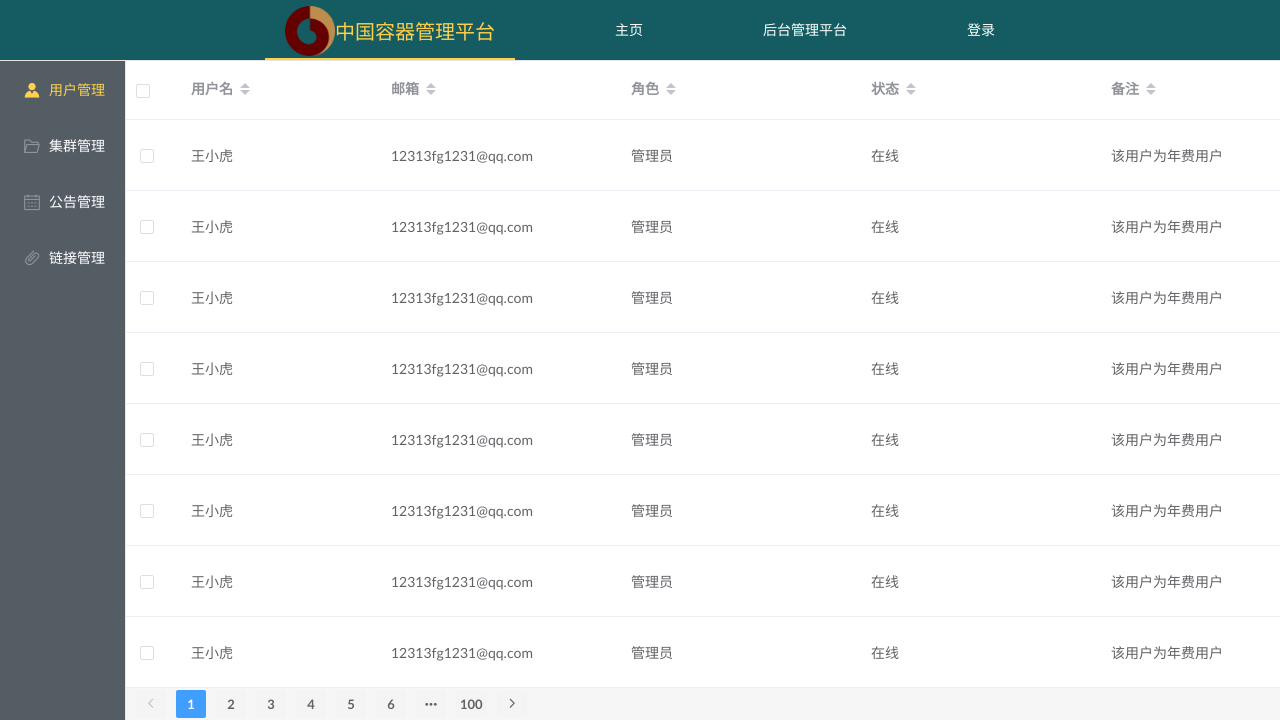
Repository: lei123zhou/zhongjin
Page: /main/management/user
These files come from the project's save history. The page is drawn as it stood at one moment and after the next save; the edit follows.
The browser window is 1280 px wide. The pictures show the whole page.
The project was rebuilt for these pictures with package versions that can differ from the ones it lists, and the page was loaded fresh each time. Also part of the build but not shown: vue.config.js.

Above is the page before, as saved 2022-08-29 22:26:57.

### src/main.js
import Vue from "vue";
import App from "./App.vue";

Vue.config.productionTip = false;
import "./plugins/element";

import "./main.less";
import router from "./route/index.js";
import store from "./store/index.js";
new Vue({
  router,
  store,
  render: (h) => h(App),
}).$mount("#app");

### src/App.vue
<template>
  <div id="app">
    <router-view></router-view>
  </div>
</template>

<script>
export default {
};
</script>

<style>
#app{
  height: 100%;
  overflow: hidden;

}
</style>>

### src/plugins/element.js
import Vue from "vue";
import {
  Button,
  Form,
  Input,
  Icon,
  FormItem,
  Loading,
  Card,
  Menu,
  MenuItem,
  Submenu,
  Table,
  TableColumn,
  Dropdown,
  DropdownMenu,
  DropdownItem,
  Tooltip,
  Popover,
  Pagination,
  Link,
  Dialog,
  Row,
  Col,
} from "element-ui";
import "element-ui/lib/theme-chalk/index.css";
Vue.use(Button);
Vue.use(Form);
Vue.use(Input);
Vue.use(Icon);
Vue.use(FormItem);
Vue.use(Card);
Vue.use(Menu);
Vue.use(MenuItem);
Vue.use(Submenu);
Vue.use(Table);
Vue.use(TableColumn);
Vue.use(Dropdown);
Vue.use(DropdownMenu);
Vue.use(DropdownItem);
Vue.use(Tooltip);
Vue.use(Popover);
Vue.use(Pagination);
Vue.use(Link);
Vue.use(Dialog);
Vue.use(Row);
Vue.use(Col);
Vue.use(Loading);

### src/main.less
@media (min-width:0px){
    html{font-size:12px;}
}
@media (min-width: 320px){
    html{font-size:12px;}
}
@media (min-width: 340px){
    html{font-size:13px;}
}
@media (min-width: 360px){
    html{font-size:14px;}
}
@media (min-width: 380px){
    html{font-size:15px;}
}
@media (min-width: 400px){
    html{font-size:15px;}
}
@media (min-width: 420px){
    html{font-size:16px;}
}
*{
    margin: 0;
    padding: 0;
}
ul,ol,li,dl{
    list-style-type: none;
}
a{
    text-decoration: none;
}
html,body{
    height: 100%;

    overflow: hidden;

}
body{
    font-family: 'Trebuchet MS', 'Lucida Sans Unicode', 'Lucida Grande', 'Lucida Sans', Arial, sans-serif;
    color: #666;
    line-height: 1.5;
}
.bottom-border,
.top-border {
  position: relative;
}

.bottom-border::after,
.top-border::before {
  content: '';
  position: absolute;
  left: 0;
  right: 0;
  height: 1px;
  background-color:#d43c33;
  transform: scaleY(0.5);
}

.top-border::before {
  top: 0;
}

.bottom-border::after {
  bottom: 0;
}

### src/route/index.js
import Vue from "vue";
import VueRouter from "vue-router";
Vue.use(VueRouter);
const originPush = VueRouter.prototype.push;
VueRouter.prototype.push = function push(location) {
  return originPush.call(this, location).catch((err) => err);
};
const routes = [
  { path: "/", redirect: "/login" },
  {
    path: "/login",
    name: "login",
    component: () => import("../pages/login/LoginPage.vue"),
  },
  {
    path: "/main",
    name: "main",
    component: () => import("../pages/main/MainPage.vue"),
    children: [
      { path: "", redirect: "/main/home" },
      {
        path: "home",
        name: "home",
        component: () => import("../pages/home/HomePage.vue"),
      },
      {
        path: "management",
        name: "management",
        component: () => import("../pages/management/ManagementPage.vue"),
        children: [
          { path: "", redirect: "/main/management/user" },
          {
            path: "user",
            name: "user",
            component: () => import("../pages/management/user/UserPage.vue"),
          },
          {
            path: "link",
            name: "link",
            component: () => import("../pages/management/link/LinkPage.vue"),
          },
          {
            path: "colony",
            name: "colony",
            component: () =>
              import("../pages/management/colony/ColonyPage.vue"),
          },
          {
            path: "notice",
            name: "notice",
            component: () =>
              import("../pages/management/notice/NoticePage.vue"),
          },
        ],
      },
    ],
  },
];
const router = new VueRouter({
  routes,
  mode: "history",
});
export default router;

### src/store/index.js
import Vue from 'vue';
import Vuex from 'vuex';
Vue.use(Vuex);
export default new Vuex.Store({
    state:{},
    getters:{},
    mutations:{}
})

### src/pages/main/MainPage.vue
<template>
  <div class="main">
    <div class="heard">
      <el-menu
        :default-active="activeIndex2"
        class="el-menu-demo"
        mode="horizontal"
        @select="handleSelect"
        background-color="#145c61"
        text-color="#fff"
        active-text-color="#ffd04b"
      >
        <el-menu-item index="1">
          <template slot="title">
            <img src="../../assets/u2.png" alt="" id="logo" />
            <span class="login-title">中国容器管理平台</span>
          </template></el-menu-item
        >
        <el-menu-item index="2">主页</el-menu-item>
        <el-menu-item index="3" @click="toManagement"
          >后台管理平台</el-menu-item
        >
        <el-menu-item index="null">登录</el-menu-item>
      </el-menu>
    </div>
    <router-view></router-view>
  </div>
</template>

<script>
export default {
  data() {
    return {
      activeIndex: "1",
      activeIndex2: "1",
    };
  },
  methods: {
    handleSelect(key, keyPath) {
      console.log(key, keyPath);
    },
    toManagement() {
      this.$router.push("/main/management");
    },
  },
};
</script>
<style lang="less" scoped>
.main {
  display: flex;
  flex-direction: column;
  justify-content: start;
  background-color: #f6f6f6;
  height: 100%;
  .heard {
    width: 100%;
    background-color: "#145c61";
  }
}
.login-title {
  font-size: 20px;
  line-height: 61px;
}
.clearfix {
  display: flex;
  align-content: center;
  justify-content: space-around;
}
#logo {
  width: 50px;
}
/deep/.el-menu.el-menu--horizontal {
  display: flex;
  justify-content: center;
  li {
    margin: 0 40px;
    padding: 0 20px;
  }
}
</style>

### src/pages/management/ManagementPage.vue
<template>
  <div class="manangement">
    <el-menu
      default-active="user"
      class="el-menu-vertical-demo"
      @open="handleOpen"
      @close="handleClose"
      background-color="#545c64"
      text-color="#fff"
      active-text-color="#ffd04b"
      router
    >
      <el-menu-item index="user">
        <i class="el-icon-s-custom"></i>
        <span slot="title">用户管理</span>
      </el-menu-item>
      <el-menu-item index="colony">
        <i class="el-icon-folder-opened"></i>
        <span slot="title">集群管理</span>
      </el-menu-item>
      <el-menu-item index="notice">
        <i class="el-icon-date"></i>
        <span slot="title">公告管理</span>
      </el-menu-item>
      <el-menu-item index="link">
        <i class="el-icon-paperclip"></i>
        <span slot="title">链接管理</span>
      </el-menu-item>
    </el-menu>
    <router-view></router-view>
  </div>
</template>

<script>
export default {
  methods: {
    handleOpen(key, keyPath) {
      console.log(key, keyPath);
    },
    handleClose(key, keyPath) {
      console.log(key, keyPath);
    },
  },
};
</script>

<style lang="less" scoped>
.manangement {
  display: flex;
  width: 100%;
  height: 100%;
  .el-menu{
    width: 200px;
  }
}

</style>

### src/pages/management/user/UserPage.vue
<template>
  <div class="user">
    <el-table
      ref="multipleTable"
      :data="tableData"
      tooltip-effect="dark"
      style="width: 100%"
      @selection-change="handleSelectionChange"
    >
      <el-table-column type="selection" width="55"> </el-table-column>
      <el-table-column prop="username" label="用户名" sortable width="200">
      </el-table-column>
      <el-table-column prop="email" label="邮箱" sortable width="240">
      </el-table-column>
      <el-table-column prop="role" label="角色" sortable width="240">
      </el-table-column>
      <el-table-column prop="state" label="状态" sortable width="240">
      </el-table-column>
      <el-table-column prop="comment" label="备注" sortable width="240">
      </el-table-column>
      <el-table-column prop="ldapid" label="ldapid" :formatter="formatter">
      </el-table-column>
      <el-table-column label="操作">
        <el-popover placement="right" width="40" trigger="hover">
          <template slot-scope="scope">
            <el-button size="mini" @click="handleEdit(scope.$index, scope.row)"
              >编辑</el-button
            >
            <el-button
              size="mini"
              type="danger"
              @click="handleDelete(scope.$index, scope.row)"
              >删除</el-button
            >
          </template>
          <i slot="reference" class="el-icon-more"></i>
        </el-popover>
      </el-table-column>
    </el-table>
    <el-pagination background layout="prev, pager, next" :total="1000">
    </el-pagination>
    <div style="margin-top: 20px" v-if="allDel">
      <el-button @click="toggleSelection([tableData[1], tableData[2]])"
        >全部删除</el-button
      >
      <el-button @click="toggleSelection()">取消选择</el-button>
    </div>
  </div>
</template>

<script>
export default {
  data() {
    return {
      allDel: false,
      tableData: [
        {
          username: "王小虎",
          role: "管理员",
          email: "12313fg1231@qq.com",
          state: "在线",
          comment: "该用户为年费用户",
          ldapid: "J2313#2dS",
          address: "上海市普陀区金沙江路 1518 弄",
        },
        {
          username: "王小虎",
          role: "管理员",
          email: "12313fg1231@qq.com",
          state: "在线",
          comment: "该用户为年费用户",
          ldapid: "J2313#2dS",
          address: "上海市普陀区金沙江路 1518 弄",
        },
        {
          username: "王小虎",
          role: "管理员",
          email: "12313fg1231@qq.com",
          state: "在线",
          comment: "该用户为年费用户",
          ldapid: "J2313#2dS",
          address: "上海市普陀区金沙江路 1518 弄",
        },
        {
          username: "王小虎",
          role: "管理员",
          email: "12313fg1231@qq.com",
          state: "在线",
          comment: "该用户为年费用户",
          ldapid: "J2313#2dS",
          address: "上海市普陀区金沙江路 1518 弄",
        },
        {
          username: "王小虎",
          role: "管理员",
          email: "12313fg1231@qq.com",
          state: "在线",
          comment: "该用户为年费用户",
          ldapid: "J2313#2dS",
          address: "上海市普陀区金沙江路 1518 弄",
        },
        {
          username: "王小虎",
          role: "管理员",
          email: "12313fg1231@qq.com",
          state: "在线",
          comment: "该用户为年费用户",
          ldapid: "J2313#2dS",
          address: "上海市普陀区金沙江路 1518 弄",
        },
        {
          username: "王小虎",
          role: "管理员",
          email: "12313fg1231@qq.com",
          state: "在线",
          comment: "该用户为年费用户",
          ldapid: "J2313#2dS",
          address: "上海市普陀区金沙江路 1518 弄",
        },
        {
          username: "王小虎",
          role: "管理员",
          email: "12313fg1231@qq.com",
          state: "在线",
          comment: "该用户为年费用户",
          ldapid: "J2313#2dS",
          address: "上海市普陀区金沙江路 1518 弄",
        },
      ],
    };
  },
  methods: {
    toggleSelection(rows) {
      if (rows) {
        rows.forEach((row) => {
          this.$refs.multipleTable.toggleRowSelection(row);
        });
      } else {
        this.$refs.multipleTable.clearSelection();
      }
    },
    handleSelectionChange(val) {
      this.multipleSelection = val;
      this.allDel = !this.allDel;
    },
    // 编辑删除
    handleEdit(index, row) {
      console.log(index, row);
    },
    handleDelete(index, row) {
      console.log(index, row);
    },

    formatter(row) {
      return row.ldapid;
    },
  },
};
</script>

<style lang="less" scoped>
.user {
  width: 100%;
}
</style>

Loaded but not shown: public/index.html (common file)

After the next save:
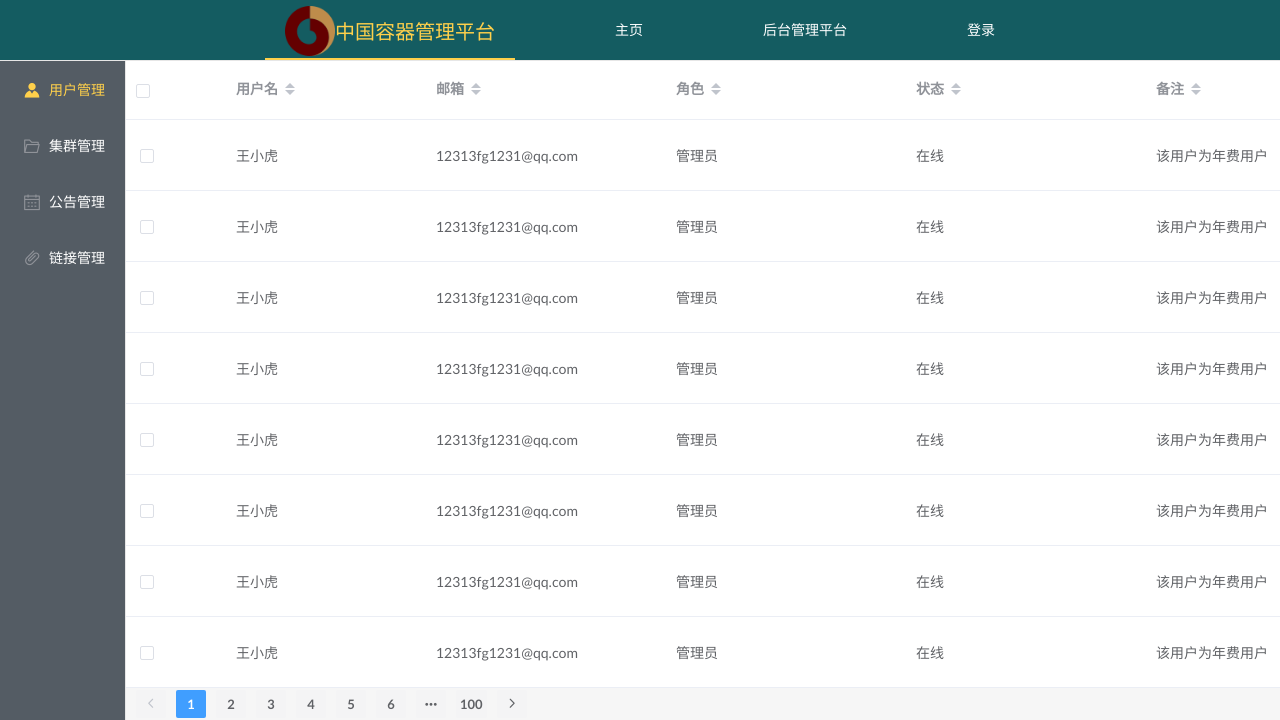
Saved 4 s later.
--- a/src/pages/management/user/UserPage.vue
+++ b/src/pages/management/user/UserPage.vue
@@ -7,7 +7,7 @@
       style="width: 100%"
       @selection-change="handleSelectionChange"
     >
-      <el-table-column type="selection" width="55"> </el-table-column>
+      <el-table-column type="selection" width="100"> </el-table-column>
       <el-table-column prop="username" label="用户名" sortable width="200">
       </el-table-column>
       <el-table-column prop="email" label="邮箱" sortable width="240">
